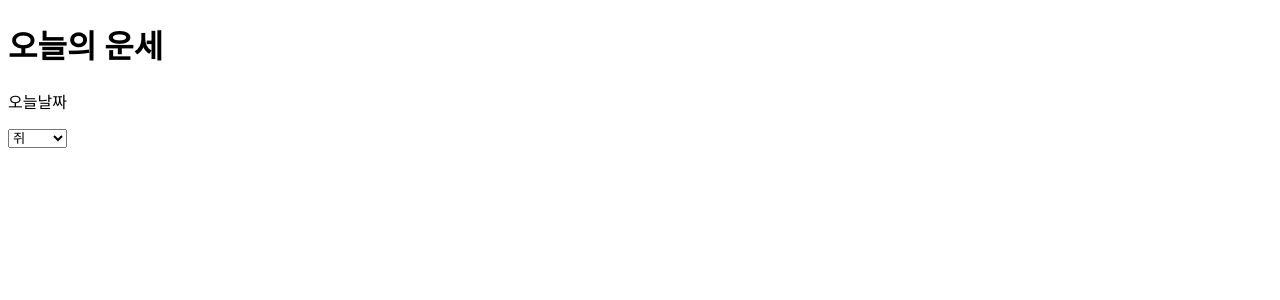
Repository: uriquely/web_server_assignment
Page: http://localhost/01_HelloWeb/jsp/02_fortune.jsp
An editor plug-in stored every save of this project. The page is shown before and after the next save, followed by the edit.
The browser window is 1280 px wide. The pictures show the whole page.
The page is served by Tomcat 9.

Above is the page before, as saved 2021-02-03 03:09:59.

After the next save:
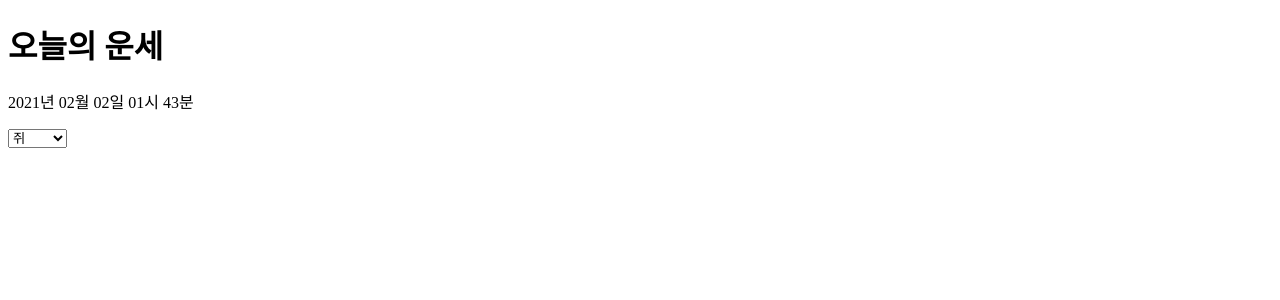
Saved 2 min 2 s later.
--- a/210206_server_assignment/01_HelloWeb/WebContent/jsp/02_fortune.jsp
+++ b/210206_server_assignment/01_HelloWeb/WebContent/jsp/02_fortune.jsp
@@ -8,7 +8,7 @@
 </head>
 <body>
 	<h1>오늘의 운세</h1>
-	<p>오늘날짜</p>
+	<p><%@ include file="/jsp/today.jsp" %></p>
 	<select name="" id="">
 		<option value="쥐">쥐</option>
 		<option value="소">소</option>
